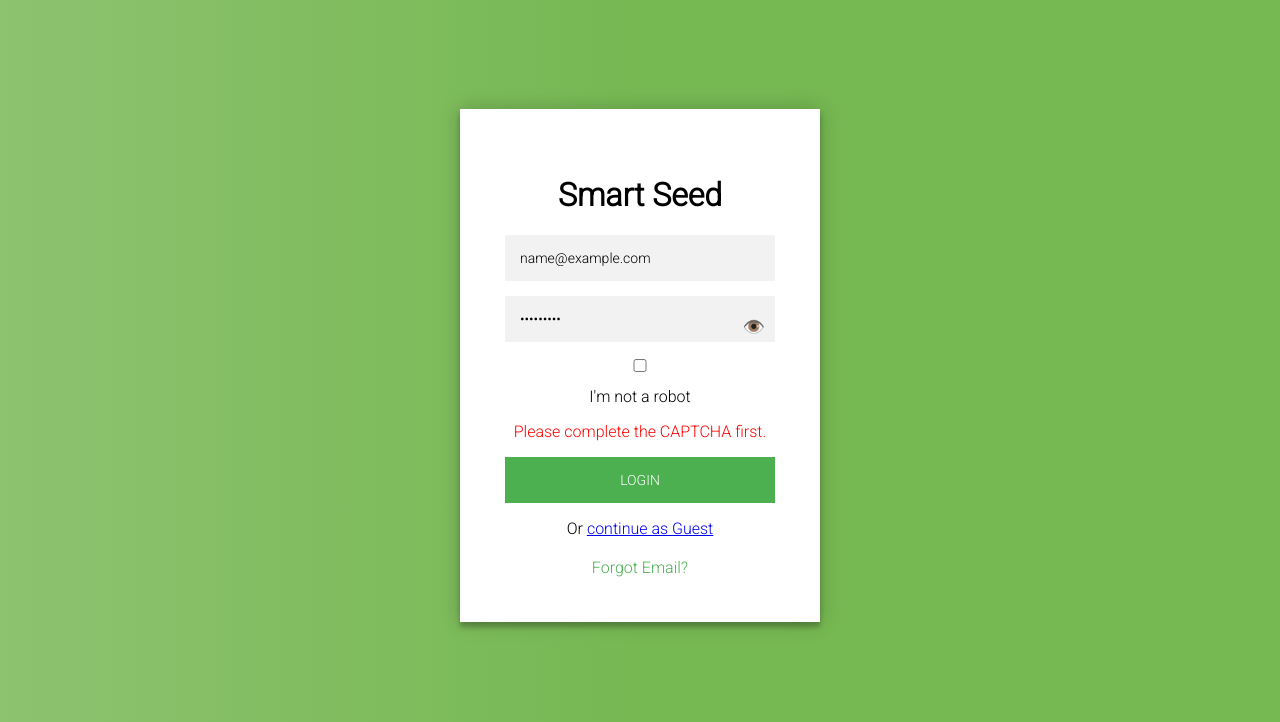
Repository: IFoundGeorge/Smart-Seed-v8-master
Page: src/login.html
An editor plug-in stored every save of this project. The page is shown before and after the next save, followed by the edit.
The browser window is 1280 px wide. The pictures show the whole page.
Empty fields were first filled with sample values (such as "Sample", 5 or name@example.com).
After loading, the first visible `form.login-form` was submitted once.

Above is the page before, as saved 2025-04-03 09:22:39.

### src/login.html
<!DOCTYPE html>
<html lang="en">
  <head>
    <meta charset="UTF-8" />
    <meta name="viewport" content="width=device-width, initial-scale=1.0" />
    <title>Login Form with Custom CAPTCHA</title>
    <link rel="stylesheet" href="../../css/login.css" />
    <script src="https://cdnjs.cloudflare.com/ajax/libs/js-sha1/0.7.0/sha1.min.js"></script>
    <style>
      .password-container {
        position: relative;
        display: flex;
        align-items: center;
      }

      #login-password {
        width: 100%;
        padding-right: 40px; /* Add space for the eye icon */
      }

      #toggle-password {
        position: absolute;
        right: 10px;
        cursor: pointer;
        font-size: 18px;
        color: #888;
      }

      .contact-us {
        text-align: center;
        margin-top: 20px;
      }

      .contact-us a {
        color: #4caf50; /* Green text */
        font-size: 16px;
        text-decoration: none;
        cursor: pointer;
      }

      .contact-us a:hover {
        text-decoration: underline; /* Underline on hover */
        color: #45a049; /* Darker green on hover */
      }

      /* Modal styling */
      .modal {
        display: none; /* Hidden by default */
        position: fixed;
        z-index: 1000;
        left: 0;
        width: 100%;
        height: 100%;
        overflow: auto;
        background-color: rgba(
          0,
          0,
          0,
          0.4
        ); /* Black background with opacity */
      }

      .modal-content {
        background-color: #fff;
        margin: 15% auto;
        padding: 20px;
        border: 1px solid #888;
        width: 80%;
        max-width: 400px;
        border-radius: 10px;
        text-align: center;
      }

      .modal-content h2 {
        margin-top: 0;
      }

      .modal-content a {
        color: #4caf50;
        text-decoration: none;
      }

      .modal-content a:hover {
        text-decoration: underline;
      }

      .close {
        color: #aaa;
        float: right;
        font-size: 28px;
        font-weight: bold;
        cursor: pointer;
      }

      .close:hover,
      .close:focus {
        color: black;
        text-decoration: none;
      }
    </style>
  </head>
  <body>
    <div class="login-page">
      <div class="form">
        <h1 class="title">Smart Seed</h1>
        <form class="login-form" onsubmit="loginUser(event)">
          <input type="email" id="login-email" placeholder="Email" required />
          <div class="password-container">
            <input
              type="password"
              id="login-password"
              placeholder="Password"
              required
            />
            <span id="toggle-password" onclick="togglePasswordVisibility()"
              >👁️</span
            >
          </div>

          <!-- CAPTCHA Section -->
          <div class="captcha-section">
            <input
              type="checkbox"
              id="captcha-checkbox"
              onclick="showCaptchaModal()"
            />
            <label for="captcha-checkbox">I'm not a robot</label>
          </div>

          <p id="error-message" style="color: red; text-align: center"></p>
          <div
            id="notification-bar"
            style="
              display: none;
              position: fixed;
              top: 0;
              left: 0;
              width: 100%;
              background-color: red;
              color: white;
              text-align: center;
              padding: 10px;
              font-size: 16px;
              font-weight: bold;
              z-index: 1000;
            "
          ></div>

          <button type="submit" id="login-button" disabled>Login</button>
        </form>

        <!-- Clickable Guest Login -->
        <p class="guest-text">
          Or <a href="#" onclick="loginAsGuest()">continue as Guest</a>
        </p>

        <!-- Contact Us Link -->
        <div class="contact-us">
          <a href="#" onclick="contactUs()">Forgot Email?</a>
        </div>
      </div>
    </div>

    <!-- CAPTCHA Modal -->
    <div id="captcha-modal" class="modal">
      <div class="modal-content">
        <span class="close" onclick="closeCaptchaModal()">&times;</span>
        <p id="math-problem"></p>
        <input type="text" id="captcha-answer" placeholder="Your answer" />
        <button onclick="verifyCaptcha()">Submit</button>
      </div>
    </div>

    <!-- Contact Us Modal -->
    <div id="contact-modal" class="modal">
      <div class="modal-content">
        <span class="close" onclick="closeContactModal()">&times;</span>
        <h2>Contact Us</h2>
        <p><strong>Name:</strong> Cyrus M. Cavero</p>
        <p><strong>Phone:</strong> 09168802764</p>
        <p>
          <strong>Email:</strong>
          <a href="mailto:caverocyrus@gmail.com">caverocyrus@gmail.com</a>
        </p>
      </div>
    </div>

    <script src="../../js/login.js"></script>

    <script>
      let captchaVerified = false;

      // Handle CAPTCHA modal and verification
      function showCaptchaModal() {
        const modal = document.getElementById("captcha-modal");
        modal.style.display = "block";
        generateCaptcha();
      }

      function closeCaptchaModal() {
        const modal = document.getElementById("captcha-modal");
        modal.style.display = "none";
      }

      function generateCaptcha() {
        const num1 = Math.floor(Math.random() * 10);
        const num2 = Math.floor(Math.random() * 10);
        const captchaAnswer = num1 + num2;
        document.getElementById(
          "math-problem"
        ).textContent = `What is ${num1} + ${num2}?`;
        document
          .getElementById("captcha-answer")
          .setAttribute("data-answer", captchaAnswer);
      }

      function verifyCaptcha() {
        const userAnswer = document.getElementById("captcha-answer").value;
        const correctAnswer = document
          .getElementById("captcha-answer")
          .getAttribute("data-answer");
        if (userAnswer == correctAnswer) {
          captchaVerified = true;
          document.getElementById("login-button").disabled = false; // Enable login button
          closeCaptchaModal();
        } else {
          alert("Incorrect answer. Please try again.");
        }
      }

      function loginAsGuest() {
        window.location.href = "guest/index.html";
      }

      function togglePasswordVisibility() {
        const passwordInput = document.getElementById("login-password");
        const togglePassword = document.getElementById("toggle-password");

        if (passwordInput.type === "password") {
          passwordInput.type = "text";
          togglePassword.textContent = "🙈"; // Change icon to "hide" mode
        } else {
          passwordInput.type = "password";
          togglePassword.textContent = "👁️"; // Change icon to "show" mode
        }
      }

      function contactUs() {
        const modal = document.getElementById("contact-modal");
        modal.style.display = "block"; // Show the modal
      }

      function closeContactModal() {
        const modal = document.getElementById("contact-modal");
        modal.style.display = "none"; // Hide the modal
      }

      window.onclick = function (event) {
        const modal = document.getElementById("contact-modal");
        if (event.target === modal) {
          modal.style.display = "none";
        }
      };
    </script>
  </body>
</html>

### css/login.css
@import url('https://fonts.googleapis.com/css?family=Roboto:300');

body {
  background: #76b852;
  background: linear-gradient(90deg, rgba(141,194,111,1) 0%, rgba(118,184,82,1) 50%);
  font-family: "Roboto", sans-serif;
  -webkit-font-smoothing: antialiased;
  -moz-osx-font-smoothing: grayscale;
}

.login-page {
  width: 360px;
  padding: 8% 0 0;
  margin: auto;
}

.form {
  position: relative;
  z-index: 1;
  background: #FFFFFF;
  max-width: 360px;
  margin: 0 auto 100px;
  padding: 45px;
  text-align: center;
  box-shadow: 0 0 20px 0 rgba(0, 0, 0, 0.2), 0 5px 5px 0 rgba(0, 0, 0, 0.24);
}

.form input {
  font-family: "Roboto", sans-serif;
  outline: 0;
  background: #f2f2f2;
  width: 100%;
  border: 0;
  margin: 0 0 15px;
  padding: 15px;
  box-sizing: border-box;
  font-size: 14px;
}

.form button {
  font-family: "Roboto", sans-serif;
  text-transform: uppercase;
  outline: 0;
  background: #4CAF50;
  width: 100%;
  border: 0;
  padding: 15px;
  color: #FFFFFF;
  font-size: 14px;
  -webkit-transition: all 0.3 ease;
  transition: all 0.3 ease;
  cursor: pointer;
}

.form button:hover, .form button:active, .form button:focus {
  background: #43A047;
}

.form .message {
  margin: 15px 0 0;
  color: #b3b3b3;
  font-size: 12px;
}

.form .message a {
  color: #4CAF50;
  text-decoration: none;
}

.form .register-form {
  display: none;
}

#captchaCanvas {
    border: 1px solid #ccc;
    margin-right: 10px;
}

#captcha-input {
    margin-bottom: 10px;
}

.captcha-container {
    margin: 15px 0;
    font-size: 1.2em;
}


#captchaText {
    font-family: 'Courier New', monospace;
    font-size: 20px;
    font-weight: bold;
    background-color: #f0f0f0;
    padding: 5px;
    margin-right: 10px;
    user-select: none;
}
/* Add this to your login.css */

.modal {
    display: none;
    position: fixed;
    z-index: 1;
    left: 0;
    top: 0;
    width: 100%;
    height: 100%;
    overflow: auto;
    background-color: rgba(0, 0, 0, 0.4);
}

.modal-content {
    background-color: #fefefe;
    margin: 15% auto;
    padding: 20px;
    border: 1px solid #888;
    width: 80%;
    max-width: 300px;
    text-align: center;
}

.close {
    color: #aaa;
    float: right;
    font-size: 28px;
    font-weight: bold;
}

.close:hover,
.close:focus {
    color: black;
    text-decoration: none;
    cursor: pointer;
}

### js/login.js
document.addEventListener("DOMContentLoaded", () => {
  document.querySelectorAll(".message a").forEach((link) => {
    link.addEventListener("click", (e) => {
      e.preventDefault();
      document.querySelectorAll("form").forEach((form) => {
        form.classList.toggle("hidden");
      });
    });
  });
});

let correctAnswer;

function showCaptchaModal() {
  const captchaCheckbox = document.getElementById("captcha-checkbox");
  captchaCheckbox.checked = false;
  document.getElementById("login-button").disabled = true;

  const num1 = Math.floor(Math.random() * 10) + 1;
  const num2 = Math.floor(Math.random() * 10) + 1;
  correctAnswer = num1 + num2;
  document.getElementById(
    "math-problem"
  ).innerText = `What is ${num1} + ${num2}?`;
  document.getElementById("captcha-modal").style.display = "block";
}

function closeCaptchaModal() {
  document.getElementById("captcha-modal").style.display = "none";
}

function verifyCaptcha() {
  const userAnswer = parseInt(
    document.getElementById("captcha-answer").value,
    10
  );
  if (userAnswer === correctAnswer) {
    alert("CAPTCHA verified successfully!");
    document.getElementById("captcha-checkbox").checked = true;
    enableLoginButton();
    closeCaptchaModal();
  } else {
    alert("Incorrect answer. Please try again.");
    document.getElementById("captcha-answer").value = "";
    showCaptchaModal();
  }
}

function showNotification(message) {
  const notificationBar = document.getElementById("notification-bar");
  notificationBar.textContent = message;
  notificationBar.style.display = "block";

  // Hide the notification after 3 seconds
  setTimeout(() => {
    notificationBar.style.display = "none";
  }, 3000);
}

function validatePassword(password) {
  const errors = [];
  if (password.length < 8) {
    errors.push("Password must be at least 8 characters.");
  }
  if (!/[A-Z]/.test(password)) {
    errors.push("Password must contain at least one uppercase letter.");
  }
  if (!/[0-9]/.test(password)) {
    errors.push("Password must contain at least one number.");
  }
  if (!/[!@#$%^&*(),.?":{}|<>]/.test(password)) {
    errors.push("Password must contain at least one special character.");
  }
  return errors;
}

function enableLoginButton() {
  const password = document.getElementById("login-password").value;
  const captchaChecked = document.getElementById("captcha-checkbox").checked;
  const loginButton = document.getElementById("login-button");

  // Enable login button if password is valid and CAPTCHA is checked
  if (validatePassword(password).length === 0 && captchaChecked) {
    loginButton.disabled = false;
  } else {
    loginButton.disabled = true;
  }
}

function loginUser(event) {
  event.preventDefault(); // Prevent form submission

  if (!captchaVerified) {
    document.getElementById("error-message").textContent =
      "Please complete the CAPTCHA first.";
    return;
  }

  // Simulate login process (Replace with actual login logic)
  const email = document.getElementById("login-email").value;
  const password = document.getElementById("login-password").value;

  if (email === "test@example.com" && password === "password123") {
    alert("Login successful!");
    window.location.href = "dashboard.html"; // Redirect after login
  } else {
    document.getElementById("error-message").textContent =
      "Invalid email or password.";
  }
}

window.onclick = function (event) {
  const modal = document.getElementById("captcha-modal");
  if (event.target === modal) {
    closeCaptchaModal();
  }
};

After the next save:
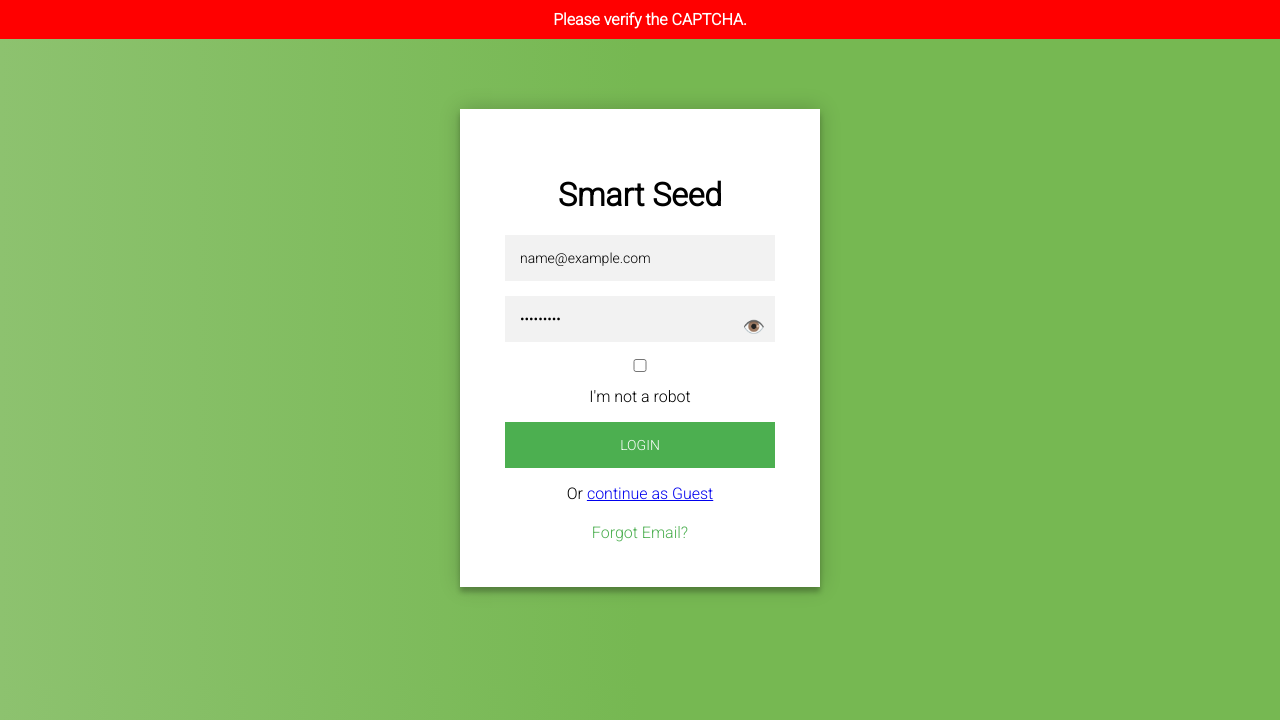
Saved 41 s later.
--- a/js/login.js
+++ b/js/login.js
@@ -88,24 +88,35 @@ function enableLoginButton() {
 }
 
 function loginUser(event) {
-  event.preventDefault(); // Prevent form submission
+  event.preventDefault();
 
-  if (!captchaVerified) {
-    document.getElementById("error-message").textContent =
-      "Please complete the CAPTCHA first.";
+  console.log("Login attempted");
+
+  if (!document.getElementById("captcha-checkbox").checked) {
+    console.log("CAPTCHA not verified");
+    showNotification("Please verify the CAPTCHA.");
     return;
   }
 
-  // Simulate login process (Replace with actual login logic)
-  const email = document.getElementById("login-email").value;
-  const password = document.getElementById("login-password").value;
+  const email = document.getElementById("login-email").value.trim();
+  const password = document.getElementById("login-password").value.trim();
+  const passwordErrors = validatePassword(password);
 
-  if (email === "test@example.com" && password === "password123") {
+  if (passwordErrors.length > 0) {
+    console.log("Password errors:", passwordErrors);
+    showNotification(passwordErrors.join(" "));
+    return;
+  }
+
+  const hardcodedEmail = "admin@email.com";
+  const hardcodedPassword = "Password123!";
+
+  if (email === hardcodedEmail && password === hardcodedPassword) {
     alert("Login successful!");
-    window.location.href = "dashboard.html"; // Redirect after login
+    window.location.href = "index.html";
   } else {
-    document.getElementById("error-message").textContent =
-      "Invalid email or password.";
+    console.log("Invalid login");
+    showNotification("Invalid email or password.");
   }
 }
 
